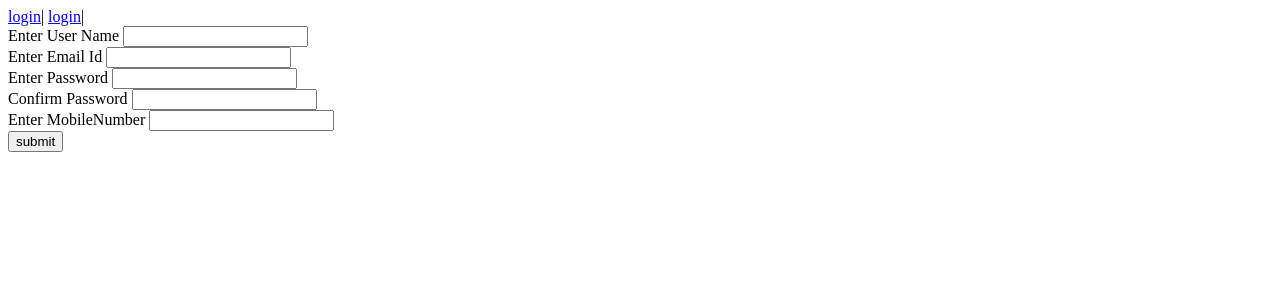
Repository: ashwinipatil321/ServletPrograms
Page: http://localhost/loginAndRegisterServlet/Register.jsp
An editor plug-in stored every save of this project. The page is shown before and after the next save, followed by the edit.
The browser window is 1280 px wide. The pictures show the whole page.
The page is served by Tomcat 9. Other server files are loaded and not shown.

Above is the page before, as saved 2017-11-04 11:04:02.

### loginAndRegisterServlet/WebContent/Register.jsp
<%@ page language="java" contentType="text/html; charset=UTF-8"
	pageEncoding="UTF-8"%>
<!DOCTYPE html PUBLIC "-//W3C//DTD HTML 4.01 Transitional//EN" "http://www.w3.org/TR/html4/loose.dtd">
<html>
<head>
<meta http-equiv="Content-Type" content="text/html; charset=UTF-8">
<title>Insert title here</title>
</head>
<Style>
DIV.container {
	min-height: 10em;
	display: table-cell;
	vertical-align: middle
}
<hr />
	<DIV class="container">
		<P>
		<h3>Sign Up</h3>
	</DIV>
</Style>
<body>
	<%@ include file="index.jsp"%>


	<form action="RegisterServlet" method="post">
		<label>Enter User Name</label> <input type="text" name="UserName"><br>
		<label>Enter Email Id</label> <input type="text" name="EmailId" /><br>
		<label>Enter Password</label> <input type="text" name="password" /><br>
		<label>Confirm Password</label> <input type="text"
			name="confirmPassword" /><br> <label>Enter MobileNumber</label>
		<input type="text" name="MobileNumber" /><br> <input
			type="submit" value="submit" />
	</form>

</body>
</html>

### loginAndRegisterServlet/WebContent/index.jsp
<%@ page language="java" contentType="text/html; charset=UTF-8"
    pageEncoding="UTF-8"%>
<!DOCTYPE html PUBLIC "-//W3C//DTD HTML 4.01 Transitional//EN" "http://www.w3.org/TR/html4/loose.dtd">
<html>
<head>
<meta http-equiv="Content-Type" content="text/html; charset=UTF-8">
<title>Insert title here</title>
</head>
<body>
<a href="login.jsp">login</a>|
<a href="Register.jsp">login</a>|
</body>
</html>

After the next save:
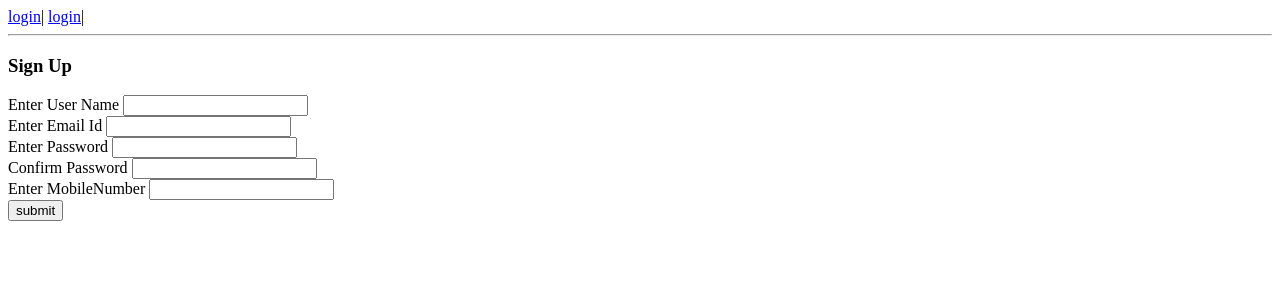
Saved 48 s later.
--- a/loginAndRegisterServlet/WebContent/Register.jsp
+++ b/loginAndRegisterServlet/WebContent/Register.jsp
@@ -1,36 +1,31 @@
 <%@ page language="java" contentType="text/html; charset=UTF-8"
-	pageEncoding="UTF-8"%>
+    pageEncoding="UTF-8"%>
 <!DOCTYPE html PUBLIC "-//W3C//DTD HTML 4.01 Transitional//EN" "http://www.w3.org/TR/html4/loose.dtd">
 <html>
 <head>
 <meta http-equiv="Content-Type" content="text/html; charset=UTF-8">
 <title>Insert title here</title>
 </head>
-<Style>
-DIV.container {
-	min-height: 10em;
-	display: table-cell;
-	vertical-align: middle
-}
-<hr />
-	<DIV class="container">
-		<P>
-		<h3>Sign Up</h3>
-	</DIV>
-</Style>
 <body>
-	<%@ include file="index.jsp"%>
 
+<%@ include file="index.jsp" %>
+    <hr/>
 
-	<form action="RegisterServlet" method="post">
-		<label>Enter User Name</label> <input type="text" name="UserName"><br>
-		<label>Enter Email Id</label> <input type="text" name="EmailId" /><br>
-		<label>Enter Password</label> <input type="text" name="password" /><br>
-		<label>Confirm Password</label> <input type="text"
-			name="confirmPassword" /><br> <label>Enter MobileNumber</label>
-		<input type="text" name="MobileNumber" /><br> <input
-			type="submit" value="submit" />
-	</form>
+    <h3> Sign Up </h3>
+
+<form action="RegisterServlet" method="post">
+ <label>Enter User Name</label>
+<input type="text"name="UserName" ><br>
+ <label>Enter Email Id</label>
+<input type="text" name="EmailId"/><br>
+ <label>Enter Password</label>
+<input type="text" name="password"/><br>
+ <label>Confirm Password</label>
+<input type="text" name="confirmPassword"/><br>
+ <label>Enter MobileNumber</label>
+<input type="text" name="MobileNumber"/><br>
+<input type="submit" value="submit"/>
+</form>
 
 </body>
 </html>
